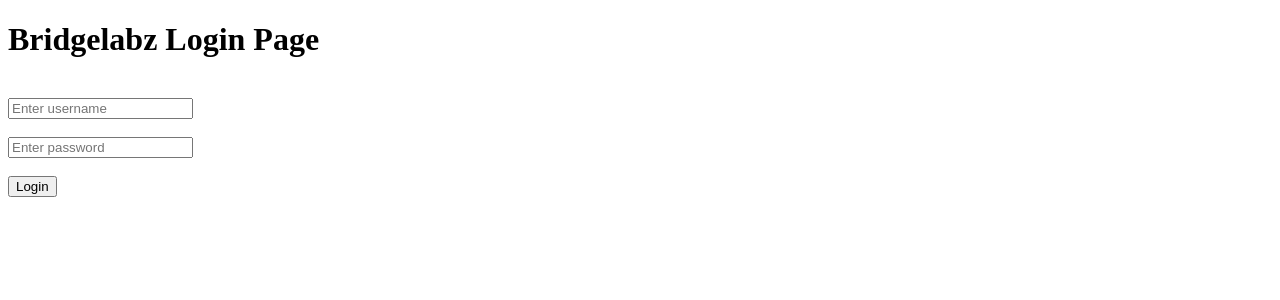
Repository: MarkFernandes11/Advanced-Java
Page: http://localhost/Login/login.jsp
These files come from the project's save history. The page is drawn as it stood at one moment and after the next save; the edit follows.
The browser window is 1280 px wide. The pictures show the whole page.
The page is served by Tomcat 9. Other server files are loaded and not shown.

Above is the page before, as saved 2019-09-25 04:07:56.

### Login/WebContent/login.jsp
<%@ page language="java" contentType="text/html; charset=UTF-8"
    pageEncoding="UTF-8"%>
<!DOCTYPE html>
<html>
<head>
<meta charset="UTF-8">
<title>Login Page</title>
</head>
<body>
	<header>
			<h1>Bridgelabz Login Page</h1>
	</header>
	<form action="LoginServlet" method = "post">
		<br>
		<input type = "text" placeholder = "Enter username" required>
		<br><br>
		<input type = "password" placeholder = "Enter password" required>
		<br><br>
		<input type = "submit" value = "Login">
		<br><br>
	</form>
</body>
</html>

After the next save:
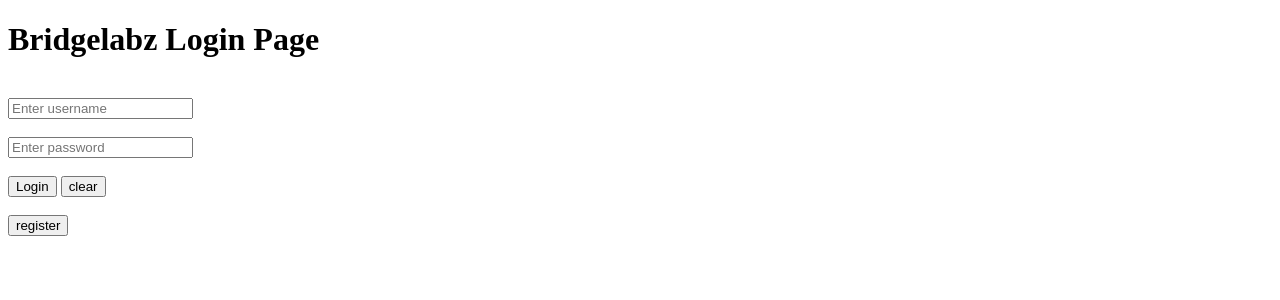
Saved 108 s later.
--- a/Login/WebContent/login.jsp
+++ b/Login/WebContent/login.jsp
@@ -16,7 +16,9 @@
 		<br><br>
 		<input type = "password" placeholder = "Enter password" required>
 		<br><br>
-		<input type = "submit" value = "Login">
+		<input type = "submit" value = "Login">  <input type="reset" value = "clear">
+		<br><br>
+		<a href="register.jsp"><input type="submit" value = "register"></a>
 		<br><br>
 	</form>
 </body>
